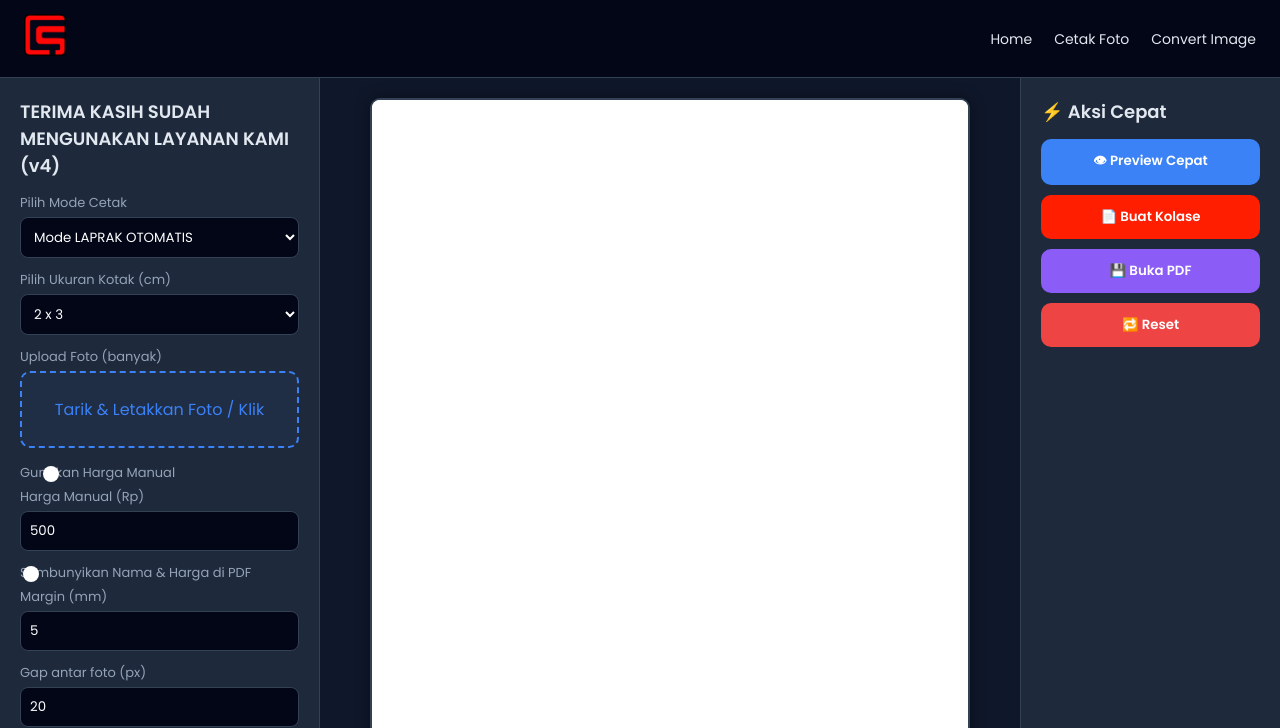
Repository: procinema22/hiisedulurfc
Page: hesedulur-main/cetakfoto.html
These files come from the project's save history. The page is drawn as it stood at one moment and after the next save; the edit follows.
The browser window is 1280 px wide. The pictures show the whole page.
An inner scrolling area shows only its first screen.

Above is the page before, as saved 2026-04-24 00:26:12.

### hesedulur-main/cetakfoto.html
<!DOCTYPE html>
<html lang="id">
<head>
  <meta charset="UTF-8">
  <meta name="viewport" content="width=device-width, initial-scale=1.0">
  <title>SEDULUR FOTO COPY – Cetak Foto</title>

  <link rel="icon" type="image/png" href="img/loggo/sdlr.png">
  <link href="https://fonts.googleapis.com/css2?family=Poppins:wght@400;600&display=swap" rel="stylesheet">
  <link rel="stylesheet" href="css/cetak.css">

  <script src="https://cdn.jsdelivr.net/npm/exif-js"></script>
  <script src="https://cdnjs.cloudflare.com/ajax/libs/jspdf/2.5.1/jspdf.umd.min.js"></script>
</head>

<body>

<!-- ================= NAVBAR ================= -->
<header>
  <div class="logo">
    <a href="index.html">
      <img src="img/loggo/sdlr.png" alt="Sedulur Foto Copy">
    </a>
  </div>

  <nav>
    <ul>
      <li><a href="index.html">Home</a></li>
      <li><a href="cetakfoto.html" class="active">Cetak Foto</a></li>
      <li><a href="convert-image.html">Convert Image</a></li>
    </ul>
  </nav>
</header>

<!-- ================= LAYOUT ================= -->
<div class="layout">

  <!-- ========= PANEL KIRI ========= -->
  <aside class="left-panel">

    <h2 class="section-title">TERIMA KASIH SUDAH MENGUNAKAN LAYANAN KAMI (v4)</h2>

    <!-- MODE -->
    <label>Pilih Mode Cetak</label>
    <select id="modeSelect">
      <option value="normal">Mode LAPRAK OTOMATIS</option>
      <option value="perfoto">Mode PAS FOTO</option>
      <option value="circle">Mode LINGKARAN</option>
    </select>

    <div id="circleControls" style="display:none;">
      <label>Diameter Lingkaran (cm)</label>
      <input id="circleDiameter" type="number" value="4">
    </div>

    <!-- SIZE -->
    <label>Pilih Ukuran Kotak (cm)</label>
    <select id="sizeSelect">
      <option value="2x3">2 x 3</option>
      <option value="3x4">3 x 4</option>
      <option value="4x6">4 x 6</option>
      <option value="5x5">5 x 5</option>
      <option value="6x9">6 x 9</option>
      <option value="10x15">10 x 15</option>
      <option value="custom">Custom...</option>
    </select>

    <div id="customSize" style="display:none;">
      <input id="customW" type="number" placeholder="Lebar (cm)">
      <input id="customH" type="number" placeholder="Tinggi (cm)">
    </div>

    <!-- UPLOAD -->
    <label>Upload Foto (banyak)</label>
    <div id="dropArea" class="drop-area">
      Tarik & Letakkan Foto / Klik
    </div>
    <input id="upload" type="file" multiple accept="image/*" hidden>

    <!-- MANUAL HARGA -->
    <label class="switch">
      <input type="checkbox" id="manualHargaCheckbox">
      <span class="slider"></span>
      <span class="label-text">Gunakan Harga Manual</span>
    </label>

    <div id="manualHargaBox" style="display:none;">
      <label>Harga Manual (Rp)</label>
      <input id="manualHargaInput" type="number" value="500" min="500" step="500">
    </div>

    <!-- HIDE INFO -->
    <label class="switch">
      <input type="checkbox" id="hideInfo">
      <span class="slider"></span>
      <span class="label-text">Sembunyikan Nama & Harga di PDF</span>
    </label>

    <!-- MARGIN & GAP -->
    <label>Margin (mm)</label>
    <input id="marginInputMm" type="number" value="5">

    <label>Gap antar foto (px)</label>
    <input id="gap" type="number" value="20">

    <!-- USER -->
    <label>Nama Pelanggan</label>
    <input id="userName" type="text" placeholder="Nama pengguna">

    <!-- HEADER -->
    <label class="switch">
      <input type="checkbox" id="useHeaderText">
      <span class="slider"></span>
      <span class="label-text">Gunakan Header (Judul Atas)</span>
    </label>

    <div id="headerTextBox" style="display:none;">
      <label>Teks Header</label>
      <input type="text" id="headerTextInput" placeholder="Contoh: LAPORAN PRAKTIKUM">

      <label>Ukuran Font</label>
      <input type="number" id="headerFontSize" value="24">
    </div>

    <!-- LAPRAK -->
    <label class="switch">
      <input type="checkbox" id="laprakMode">
      <span class="slider"></span>
      <span class="label-text">Mode Laprak Manual</span>
    </label>

    <div id="laprakControls" style="display:none;">
      <label>Nama Laprak</label>
      <input type="text" id="laprakName">

      <label>Harga Laprak (Rp)</label>
      <input type="number" id="laprakPrice" value="2000">
    </div>

    <!-- PRICE -->
    <div class="price" id="priceDisplay">Harga: Rp 0</div>
    <div id="batchList"></div>

    <!-- WATERMARK -->
    <label class="switch">
      <input type="checkbox" checked disabled>
      <span class="slider"></span>
      <span class="label-text">Hubungi admin untuk menghilangkan watermark</span>
    </label>

  </aside>

  <!-- ========= PANEL TENGAH ========= -->
  <section class="center-panel">
    <canvas id="canvas" width="1240" height="1754"></canvas>

    <div class="page-nav" id="pageNav" style="display:none;">
      <button id="prevPage">⬅</button>
      <div id="pageIndicator">Halaman 1 / 1</div>
      <button id="nextPage">➡</button>
    </div>
  </section>

  <!-- ========= PANEL KANAN ========= -->
  <aside class="right-panel">
    <h2 class="section-title">⚡ Aksi Cepat</h2>
    <button id="previewBtn" class="btn blue">👁 Preview Cepat</button>
    <button id="generateBtn" class="btn green">📄 Buat Kolase</button>
    <button id="downloadPdf" class="btn purple">💾 Buka PDF</button>
    <button id="reset" class="btn red">🔁 Reset</button>
  </aside>

</div>

<!-- ================= LOADING ================= -->
<div id="loadingOverlay">
  <div class="loader"></div>
  <p>Memproses... tunggu sebentar ya</p>
</div>

<div id="toast"></div>

<script src="js/script.js"></script>

</body>
</html>

### hesedulur-main/css/cetak.css
/* ============ ROOT & GLOBAL ============ */
:root {
  --bg: #0f172a;
  --card: #1e293b;
  --border: #334155;
  --text: #e2e8f0;
  --muted: #94a3b8;
  --blue: #3b82f6;
  --green: #ff1e00;
  --purple: #8b5cf6;
  --red: #ef4444;
  --shadow: rgba(0,0,0,.4);
}

*{
  margin:0;
  padding:0;
  box-sizing:border-box;
  font-family:"Poppins",sans-serif;
}

body{
  background:var(--bg);
  color:var(--text);
  overflow-x:hidden;
}

/* ============ HEADER / NAVBAR ============ */
header{
  display:flex;
  align-items:center;
  justify-content:space-between;
  padding:14px 24px;
  background:#020617;
  border-bottom:1px solid var(--border);
}

header .logo img{
  height:42px;
}

header nav ul{
  display:flex;
  gap:22px;
  list-style:none;
}

header nav ul li a{
  color:var(--text);
  text-decoration:none;
  font-size:14px;
  font-weight:500;
  transition:.2s;
}

header nav ul li a:hover{
  color:var(--blue);
}

/* ============ LAYOUT ============ */
.layout{
  display:grid;
  grid-template-columns:320px 1fr 260px;
  height:calc(100vh - 70px);
}

/* ============ LEFT PANEL ============ */
.left-panel{
  background:var(--card);
  padding:20px;
  border-right:1px solid var(--border);
  overflow-y:auto;
}

/* label default */
.left-panel label{
  font-size:13px;
  color:var(--muted);
  margin-bottom:4px;
  display:block;
}

/* input & select */
.left-panel input,
.left-panel select{
  width:100%;
  padding:9px;
  border-radius:8px;
  border:1px solid var(--border);
  background:#020617;
  color:white;
  margin-bottom:12px;
  outline:none;
}

.left-panel input:focus,
.left-panel select:focus{
  border-color:var(--blue);
}

/* ============ TOGGLE FIX (PENTING) ============ */
/* supaya toggle tidak kena style input global */
.switch input {
  display:none;
}

.switch{
  display:flex;
  align-items:center;
  gap:10px;
  margin-bottom:12px;
  cursor:pointer;
}

/* slider */
.slider{
  position:relative;
  width:42px;
  height:22px;
  background:var(--border);
  border-radius:50px;
  transition:.3s;
  flex-shrink:0;
}

/* bulatan */
.slider::before{
  content:"";
  position:absolute;
  width:16px;
  height:16px;
  top:3px;
  left:3px;
  background:white;
  border-radius:50%;
  transition:.3s;
}

/* aktif */
.switch input:checked + .slider{
  background:linear-gradient(135deg, var(--blue), #60a5fa);
  box-shadow:0 0 8px rgba(59,130,246,.6);
}

.switch input:checked + .slider::before{
  transform:translateX(20px);
}

/* text */
.label-text{
  font-size:13px;
  color:var(--muted);
}

/* hover */
.switch:hover .slider{
  filter:brightness(1.2);
}

/* ============ SECTION TITLE ============ */
.section-title{
  font-size:18px;
  font-weight:600;
  margin-bottom:14px;
}

/* ============ DROP AREA ============ */
.drop-area{
  border:2px dashed var(--blue);
  padding:24px;
  text-align:center;
  border-radius:10px;
  color:var(--blue);
  background:rgba(59,130,246,.05);
  cursor:pointer;
  margin-bottom:15px;
  transition:.2s;
}

.drop-area:hover{
  background:rgba(59,130,246,.15);
}

/* ============ PRICE ============ */
.price{
  font-size:16px;
  font-weight:600;
  margin-top:6px;
}

/* ============ CENTER PANEL ============ */
.center-panel{
  padding:20px;
  display:flex;
  flex-direction:column;
  align-items:center;
  overflow-y:auto;
}

canvas{
  width:100%;
  max-width:600px;
  background:white;
  border-radius:10px;
  border:2px solid var(--border);
  box-shadow:0 0 15px var(--shadow);
}

/* ============ PAGE NAV ============ */
.page-nav{
  display:flex;
  gap:14px;
  margin-top:12px;
}

.page-nav button{
  padding:8px 14px;
  border:none;
  border-radius:8px;
  background:var(--blue);
  color:white;
  cursor:pointer;
}

/* ============ RIGHT PANEL ============ */
.right-panel{
  background:var(--card);
  padding:20px;
  border-left:1px solid var(--border);
  overflow-y:auto;
}

/* ============ BUTTON ============ */
.btn{
  width:100%;
  padding:12px;
  border:none;
  border-radius:10px;
  font-weight:600;
  cursor:pointer;
  margin-bottom:10px;
  color:white;
  transition:.2s;
}

.btn:hover{
  transform:translateY(-2px);
  opacity:.9;
}

.blue{background:var(--blue)}
.green{background:var(--green)}
.purple{background:var(--purple)}
.red{background:var(--red)}

/* logout */
.btn-logout{
  background:#e53935;
  padding:8px 14px;
  border-radius:6px;
  font-weight:600;
}

.btn-logout:hover{
  background:#c62828;
}

/* ============ LOADER ============ */
#loadingOverlay{
  position:fixed;
  inset:0;
  background:rgba(0,0,0,.7);
  display:none;
  flex-direction:column;
  justify-content:center;
  align-items:center;
  z-index:9999;
}

.loader{
  width:60px;
  height:60px;
  border-radius:50%;
  border:6px solid #fff;
  border-top:6px solid var(--blue);
  animation:spin 1s linear infinite;
}

@keyframes spin{
  to{transform:rotate(360deg)}
}

/* ============ TOAST ============ */
#toast{
  position:fixed;
  bottom:20px;
  right:20px;
  padding:12px 18px;
  background:var(--card);
  border-left:5px solid var(--blue);
  border-radius:10px;
  opacity:0;
  transition:.3s;
  z-index:10000;
}

#toast.show{
  opacity:1;
  transform:translateY(-6px);
}

/* ============ PREVIEW & PROGRESS ============ */
.preview-list{
  display:grid;
  grid-template-columns:repeat(auto-fill,120px);
  gap:15px;
  padding:20px;
}

.preview-item{
  background:#1e293b;
  padding:10px;
  border-radius:8px;
  text-align:center;
  font-size:12px;
}

.upload-box{
  border:2px dashed #3b82f6;
  padding:30px;
  text-align:center;
  border-radius:10px;
  cursor:pointer;
}

.progress{
  height:8px;
  background:#334155;
  margin-top:20px;
  border-radius:10px;
  overflow:hidden;
}

#progressBar{
  height:100%;
  width:0%;
  background:#22c55e;
  transition:0.3s;
}

/* ============ PRINT A4 MODE ============ */
@media print{
  header,
  .left-panel,
  .right-panel,
  .page-nav,
  #toast,
  #loadingOverlay{
    display:none !important;
  }

  body{
    background:white;
    overflow:visible;
  }

  .layout{
    display:block;
    height:auto;
  }

  canvas{
    width:210mm !important;
    height:297mm !important;
    max-width:none;
    border:none;
    box-shadow:none;
    border-radius:0;
  }
}

@page{
  size:A4;
  margin:10mm;
}

Loaded but not shown: hesedulur-main/js/script.js (949 lines, source omitted)

After the next save:
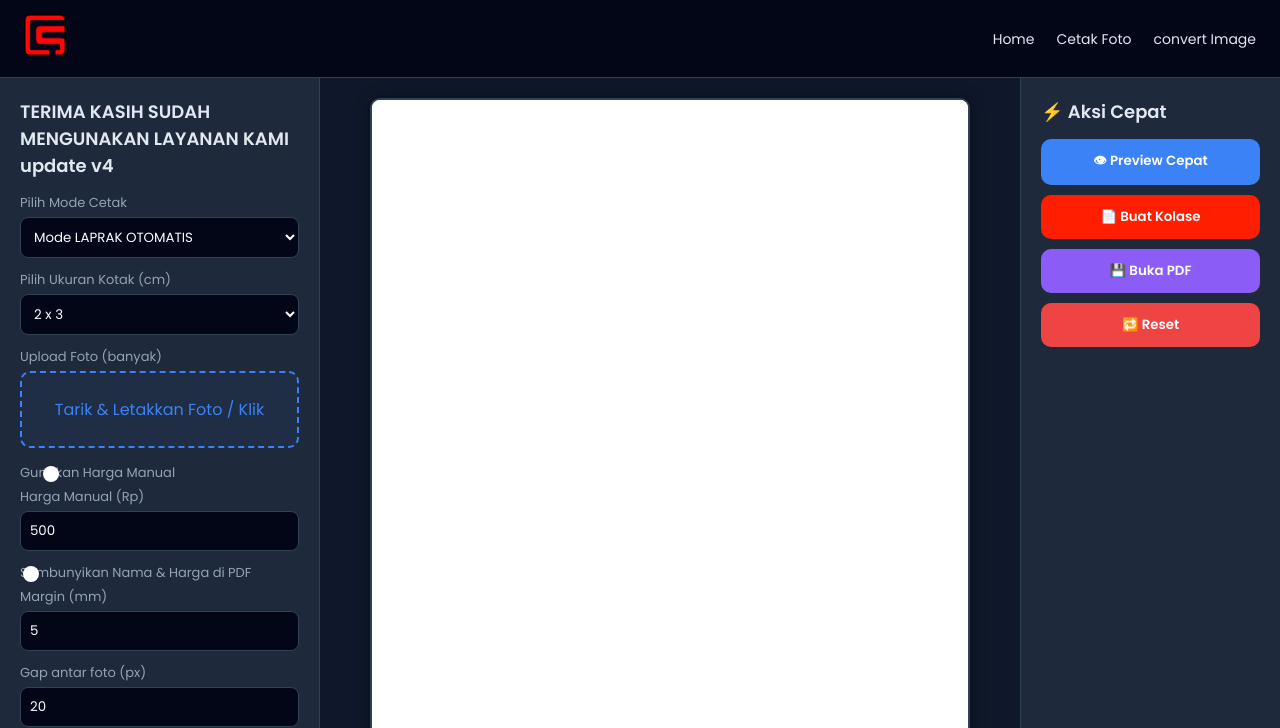
Saved 41 s later.
--- a/hesedulur-main/cetakfoto.html
+++ b/hesedulur-main/cetakfoto.html
@@ -3,6 +3,7 @@
 <head>
   <meta charset="UTF-8">
   <meta name="viewport" content="width=device-width, initial-scale=1.0">
+
   <title>SEDULUR FOTO COPY – Cetak Foto</title>
 
   <link rel="icon" type="image/png" href="img/loggo/sdlr.png">
@@ -27,7 +28,8 @@
     <ul>
       <li><a href="index.html">Home</a></li>
       <li><a href="cetakfoto.html" class="active">Cetak Foto</a></li>
-      <li><a href="convert-image.html">Convert Image</a></li>
+      <li><a href="convert-image.html">convert Image</a></li>
+
     </ul>
   </nav>
 </header>
@@ -38,9 +40,8 @@
   <!-- ========= PANEL KIRI ========= -->
   <aside class="left-panel">
 
-    <h2 class="section-title">TERIMA KASIH SUDAH MENGUNAKAN LAYANAN KAMI (v4)</h2>
+    <h2 class="section-title">TERIMA KASIH SUDAH MENGUNAKAN LAYANAN KAMI update v4</h2>
 
-    <!-- MODE -->
     <label>Pilih Mode Cetak</label>
     <select id="modeSelect">
       <option value="normal">Mode LAPRAK OTOMATIS</option>
@@ -53,7 +54,6 @@
       <input id="circleDiameter" type="number" value="4">
     </div>
 
-    <!-- SIZE -->
     <label>Pilih Ukuran Kotak (cm)</label>
     <select id="sizeSelect">
       <option value="2x3">2 x 3</option>
@@ -70,48 +70,44 @@
       <input id="customH" type="number" placeholder="Tinggi (cm)">
     </div>
 
-    <!-- UPLOAD -->
     <label>Upload Foto (banyak)</label>
     <div id="dropArea" class="drop-area">
       Tarik & Letakkan Foto / Klik
     </div>
     <input id="upload" type="file" multiple accept="image/*" hidden>
 
-    <!-- MANUAL HARGA -->
     <label class="switch">
       <input type="checkbox" id="manualHargaCheckbox">
       <span class="slider"></span>
       <span class="label-text">Gunakan Harga Manual</span>
     </label>
-
     <div id="manualHargaBox" style="display:none;">
       <label>Harga Manual (Rp)</label>
-      <input id="manualHargaInput" type="number" value="500" min="500" step="500">
+      <input
+  id="manualHargaInput"
+  type="number"
+  value="500"
+  min="500"
+  step="500">
     </div>
 
-    <!-- HIDE INFO -->
-    <label class="switch">
-      <input type="checkbox" id="hideInfo">
-      <span class="slider"></span>
-      <span class="label-text">Sembunyikan Nama & Harga di PDF</span>
-    </label>
+   <label class="switch">
+  <input type="checkbox" id="hideInfo">
+  <span class="slider"></span>
+  <span class="label-text">Sembunyikan Nama & Harga di PDF</span>
+</label>
 
-    <!-- MARGIN & GAP -->
     <label>Margin (mm)</label>
     <input id="marginInputMm" type="number" value="5">
 
     <label>Gap antar foto (px)</label>
     <input id="gap" type="number" value="20">
 
-    <!-- USER -->
     <label>Nama Pelanggan</label>
     <input id="userName" type="text" placeholder="Nama pengguna">
-
-    <!-- HEADER -->
-    <label class="switch">
+    <label>
       <input type="checkbox" id="useHeaderText">
-      <span class="slider"></span>
-      <span class="label-text">Gunakan Header (Judul Atas)</span>
+      Gunakan Header (Judul Atas)
     </label>
 
     <div id="headerTextBox" style="display:none;">
@@ -122,30 +118,24 @@
       <input type="number" id="headerFontSize" value="24">
     </div>
 
-    <!-- LAPRAK -->
-    <label class="switch">
+    <label>
       <input type="checkbox" id="laprakMode">
-      <span class="slider"></span>
-      <span class="label-text">Mode Laprak Manual</span>
+      Mode Laprak Manual
     </label>
 
     <div id="laprakControls" style="display:none;">
       <label>Nama Laprak</label>
       <input type="text" id="laprakName">
-
       <label>Harga Laprak (Rp)</label>
       <input type="number" id="laprakPrice" value="2000">
     </div>
 
-    <!-- PRICE -->
     <div class="price" id="priceDisplay">Harga: Rp 0</div>
     <div id="batchList"></div>
 
-    <!-- WATERMARK -->
-    <label class="switch">
+    <label>
       <input type="checkbox" checked disabled>
-      <span class="slider"></span>
-      <span class="label-text">Hubungi admin untuk menghilangkan watermark</span>
+      hubungi admin untuk menghilangkan watermark
     </label>
 
   </aside>
@@ -182,5 +172,8 @@
 
 <script src="js/script.js"></script>
 
+<!-- ================= FIREBASE AUTH ================= -->
+
+
 </body>
 </html>
